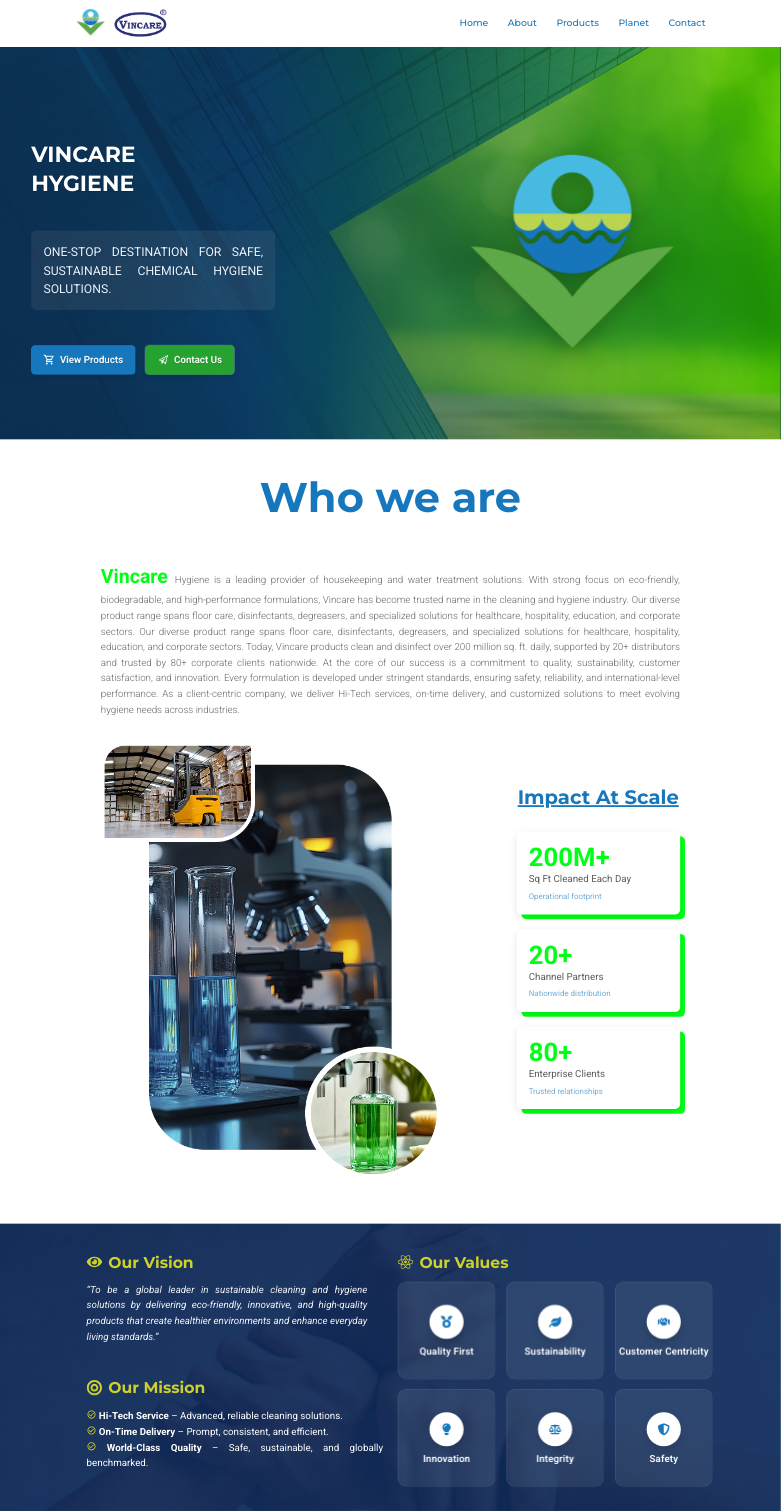
Repository: Yeshwanth-189/vincare
Page: / (app in vincare-frontend/)
The author's editor kept a copy of each file at every save. The page is drawn from the files as they stood at one save, then again after the next save.
The browser window is 1280 px wide. The pictures show the whole page, at 61% of full size.
The project was rebuilt for these pictures with package versions that can differ from the ones it lists, and the page was loaded fresh each time. Also part of the build but not shown: vincare-frontend/vite.config.js.

Above is the page before, as saved 2025-09-20 02:31:34.

After the next save:
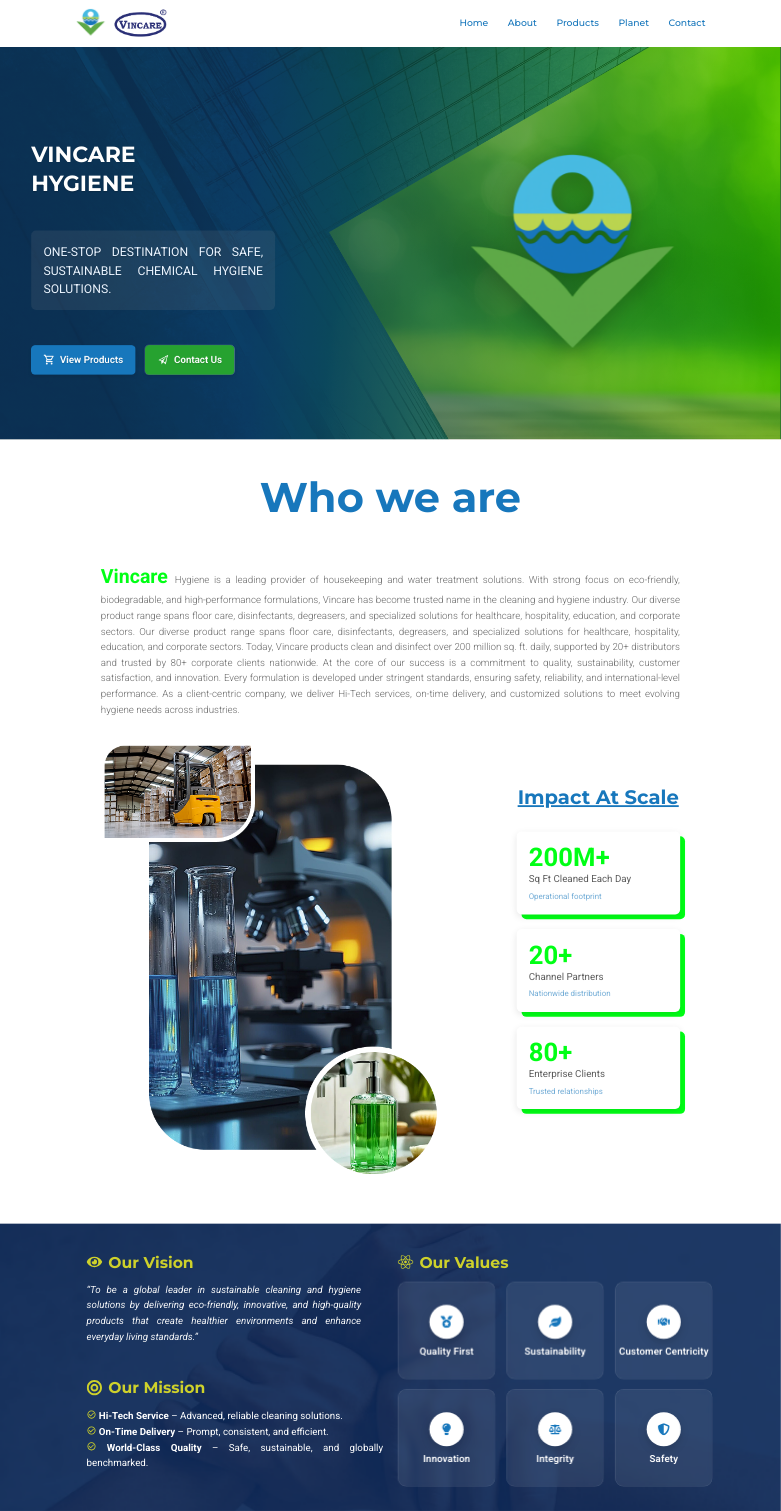
Saved 21 s later.
--- a/vincare-frontend/src/styles/About.css
+++ b/vincare-frontend/src/styles/About.css
@@ -207,7 +207,7 @@
   font-style: italic;
   text-align: justify;
   color: #fff;
-  max-width: 460px;
+  max-width: 450px;
 }
 
 /* Mission bullets */
